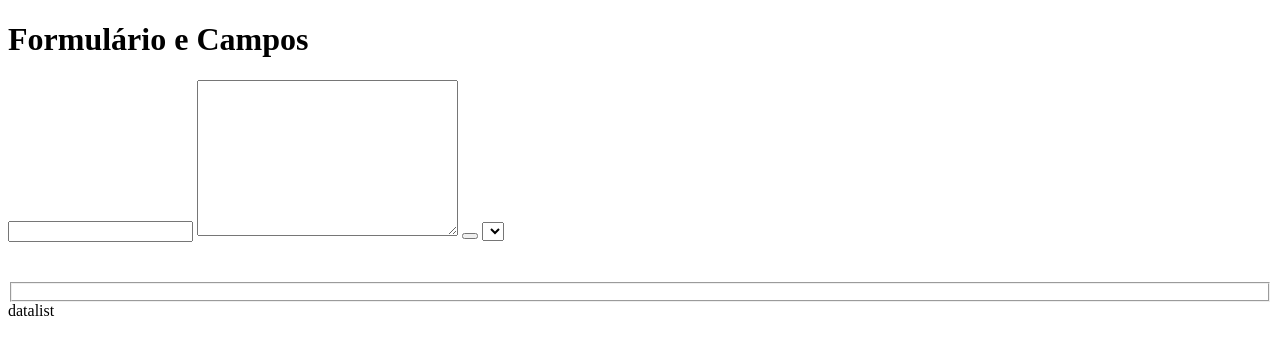
Repository: ErikMesquita/Danki-Code
Page: formulários_e_campos/index.html
The author's editor kept a copy of each file at every save. The page is drawn from the files as they stood at one save, then again after a run of saves.
The browser window is 1280 px wide. The pictures show the whole page.

Above is the page before, as saved 2023-10-28 15:55:32.

After the next 2 saves:
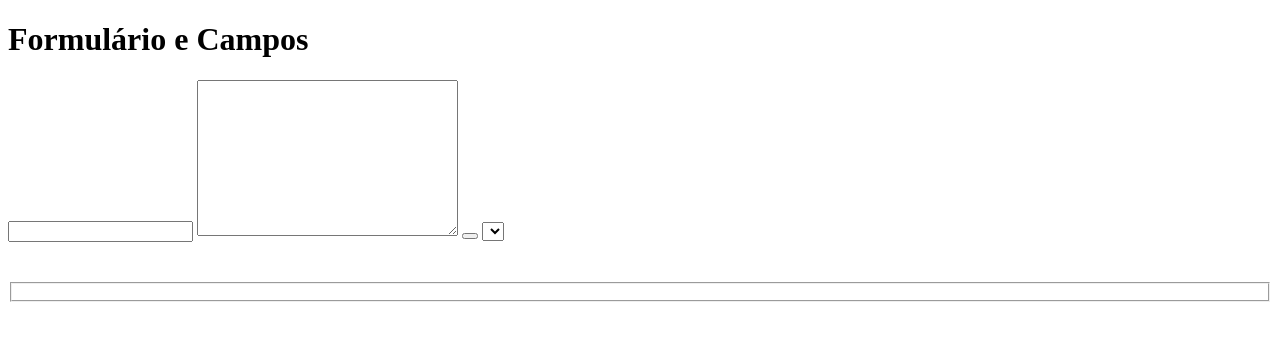
The 2 saves are shown as one change because they came seconds apart.
The last was saved 7 s later.
--- a/formulários_e_campos/index.html
+++ b/formulários_e_campos/index.html
@@ -21,7 +21,7 @@
     <option value=""></option>
     <fieldset></fieldset>
     <legend></legend>
-    datalist
+    <datalist></datalist>
 </body>
 
 </html>
